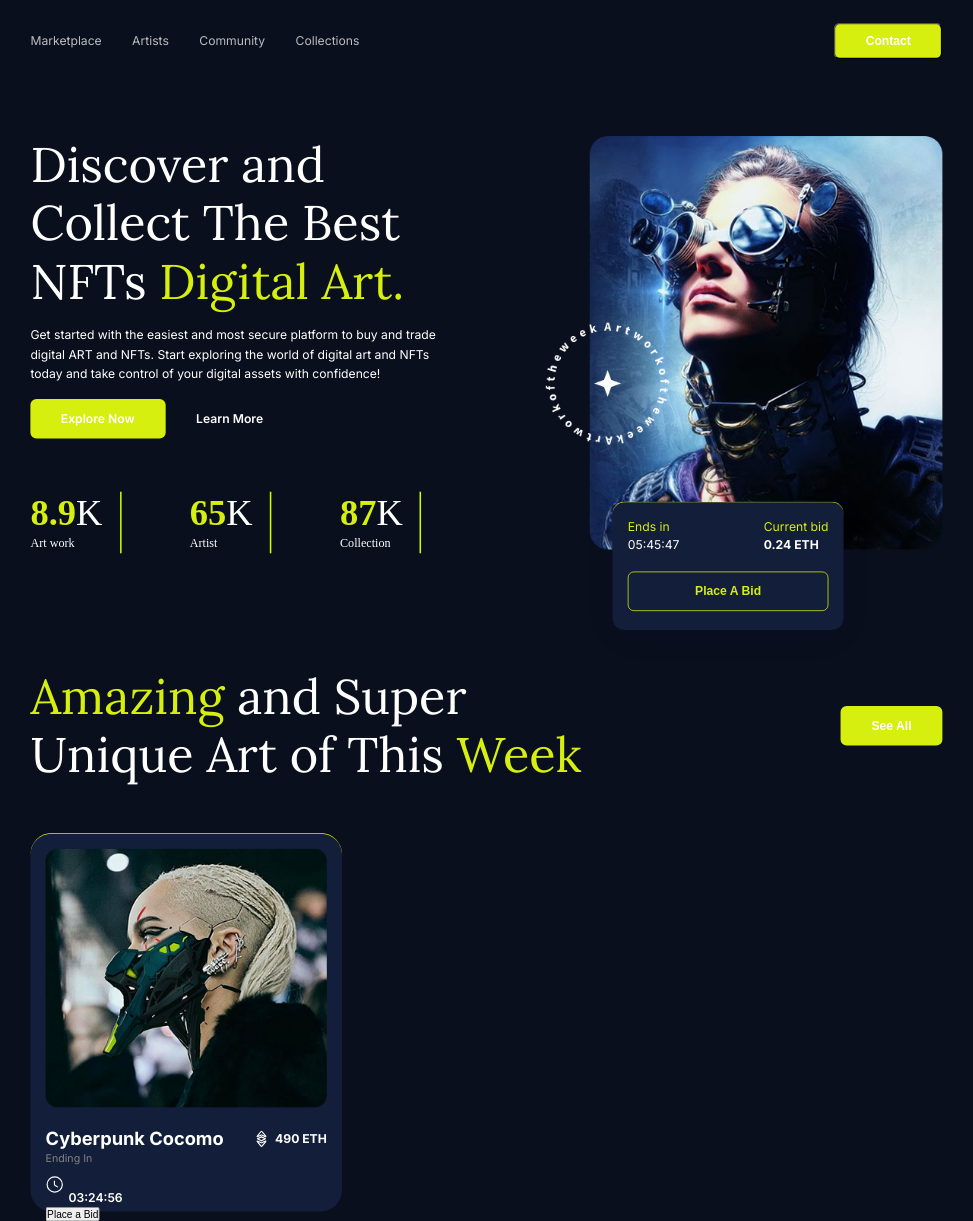
Repository: Kamron5505/NftMarketplace
Page: index.html
An editor plug-in stored every save of this project. The page is shown before and after the next save, followed by the edit.
The browser window is 1280 px wide. The pictures show the whole page, at 76% of full size.

Above is the page before, as saved 2025-07-09 14:03:35.

### index.html
<!DOCTYPE html>
<html lang="en">

<head>
    <meta charset="UTF-8">
    <meta name="viewport" content="width=device-width, initial-scale=1.0">
    <title>NFTMarketplace Landing</title>
    <link rel="stylesheet" href="./style.css">
    <link
        href="https://fonts.googleapis.com/css2?family=Inter:wght@400;600;700&family=Source+Sans+Pro:wght@400;600;700&family=Lora:wght@400;700&display=swap"
        rel="stylesheet">

</head>

<body>
    <header class="header">
        <div class="container">
            <nav class="nav">
                <ul class="nav-list">
                    <li class="nav-item"><a href="#" class="nav-link">Marketplace</a></li>
                    <li class="nav-item"><a href="#" class="nav-link">Artists</a></li>
                    <li class="nav-item"><a href="#" class="nav-link">Community</a></li>
                    <li class="nav-item"><a href="#" class="nav-link">Collections</a></li>
                </ul>
                <button class="header-contact-btn">Contact</button>
            </nav>
        </div>
    </header>
    <main class="main">
        <section class="nft-section">
            <div class="container">
                <div class="nft-wrapper">
                    <div class="content-left">
                        <h1 class="title">
                            Discover and <br>
                            Collect The Best <br>
                            NFTs <span class="highlight"> Digital Art.</span>
                        </h1>

                        <p class="description">
                            Get started with the easiest and most secure platform to buy and trade digital ART and NFTs.
                            Start exploring the world of digital art and NFTs today and take control of your digital
                            assets with confidence!
                        </p>

                        <div class="buttons">
                            <a href="#" class="btn btn-primary">Explore Now</a>
                            <a href="#" class="btn btn-secondary">Learn More</a>
                        </div>

                        <div class="stats">
                            <div class="stat">
                                <div class="number">8.9<span class="note">K</span></div>
                                <div class="label">Art work</div>
                            </div>
                            <div class="stat">
                                <div class="number">65<span class="note">K</span></div>
                                <div class="label">Artist</div>
                            </div>
                            <div class="stat">
                                <div class="number">87<span class="note">K</span></div>
                                <div class="label">Collection</div>
                            </div>
                        </div>
                    </div>
                    <div class="content-right">
                        <div class="header-image">
                            <img src="./images/main-header-img.png" alt="NFT Image" class="hero-image">
                            <img src="./images/circle.png" alt="" class="circle-image">
                        </div>
                        <div class="nft-card">
                            <div class="nft-card__info">
                                <div class="nft-card__timer">
                                    <span class="value ">Ends in</span>
                                    <span class="nft-note">05:45:47</span>
                                </div>
                                <div class="nft-card__bid">
                                    <span class="value ">Current bid</span>
                                    <span class="nft-card__note">0.24 ETH</span>
                                </div>
                                <button href="#" class="nft-card__btn nft-card__btn--bid">Place A Bid</button>
                            </div>
                        </div>
                    </div>
                </div>
            </div>
        </section>
        <section class="art-section">
            <div class="container">
                <div class="art-section__header">
                    <h2 class="art-section__title">
                        <span class="text-highlight">Amazing</span>
                        and Super <br>
                        Unique Art of This
                        <span class="text-highlight">Week</span>
                    </h2>
                    <button href="#" class="art-section__btn-view-all">See All</button>
                </div>
                <div class="art-section__cards">
                    <div class="art-card">
                        <img src="./images/Cyberpunk Cocomo 490ETH.png" alt="Cyberpunk Cocomo"
                            class="art-card__image" />
                        <div class="art-card-name">
                            <h3 class="art-card__title">Cyberpunk Cocomo</h3>

                            <div class="art-card-price-wrapper">
                                <svg width="24" height="25" viewBox="0 0 24 25" fill="none"
                                    xmlns="http://www.w3.org/2000/svg">
                                    <path
                                        d="M6.90001 9.6L11.7 7.5C11.9 7.4 12.1 7.4 12.4 7.5L17.2 9.6C17.6 9.8 18 9.3 17.7 8.9L12.7 2.8C12.4 2.4 11.8 2.4 11.5 2.8L6.50001 8.9C6.10001 9.3 6.50001 9.8 6.90001 9.6Z"
                                        stroke="white" stroke-width="1.5" stroke-miterlimit="10" stroke-linecap="round"
                                        stroke-linejoin="round" />
                                    <path
                                        d="M6.90001 15.4L11.7 17.5C11.9 17.6 12.1 17.6 12.4 17.5L17.2 15.4C17.6 15.2 18 15.7 17.7 16.1L12.7 22.2C12.4 22.6 11.8 22.6 11.5 22.2L6.50001 16.1C6.10001 15.7 6.50001 15.2 6.90001 15.4Z"
                                        stroke="white" stroke-width="1.5" stroke-miterlimit="10" stroke-linecap="round"
                                        stroke-linejoin="round" />
                                    <path d="M12 9.90002L6.79999 12.5L12 15.1L17.2 12.5L12 9.90002Z" stroke="white"
                                        stroke-width="1.5" stroke-miterlimit="10" stroke-linecap="round"
                                        stroke-linejoin="round" />
                                </svg>
                                <p class="art-card__price">490 ETH</p>
                            </div>
                        </div>

                        <div class="art-card__info">
                            <div class="art-card__time">
                                <p class="art-card__time__ending">Ending In</p>
                                <div class="art-card__time-value">
                                    <i class="icon-clock">
                                        <svg width="24" height="25" viewBox="0 0 24 25" fill="none"
                                            xmlns="http://www.w3.org/2000/svg">
                                            <path
                                                d="M22 12.5C22 18.02 17.52 22.5 12 22.5C6.48 22.5 2 18.02 2 12.5C2 6.98 6.48 2.5 12 2.5C17.52 2.5 22 6.98 22 12.5Z"
                                                stroke="white" stroke-width="1.5" stroke-linecap="round"
                                                stroke-linejoin="round" />
                                            <path
                                                d="M15.71 15.68L12.61 13.83C12.07 13.51 11.63 12.74 11.63 12.11V8.01001"
                                                stroke="white" stroke-width="1.5" stroke-linecap="round"
                                                stroke-linejoin="round" />
                                        </svg>
                                    </i>
                                    <span>03:24:56</span>
                                </div>
                            </div>
                        </div>

                        <button href="#" class="art-card__btn-bid">Place a Bid</button>
                    </div>
                </div>

            </div>
        </section>
    </main>
</body>

</html>

### style.css
* {
    margin: 0;
    padding: 0;
    text-decoration: none;
    list-style: none;
    box-sizing: border-box;
}


body {
    background: #090f1d;
    color: #fffffd;
}

:root {
    --font-family: "Inter", sans-serif;
    --second-family: "Source Sans Pro", sans-serif;
    --third-family: "Lora", serif;
}

h1,
h2,
h3,
h4,
h5,
h6 {
    font-family: "Lora", serif;
    font-weight: 500;
    font-size: 64px;
    line-height: 120%;
    color: #fffffd;
}

.highlight {
    color: #d6ef0e;
}

.header {
    margin-top: 30px;
    font-family: "Inter", sans-serif;
}

.container {
    width: 1200px;
    margin: 0 auto;
}

.nav {
    display: flex;
    align-items: center;
    justify-content: space-between;
}

.nav-list {
    display: flex;
    gap: 40px;
}

.nav-link {
    font-weight: 400;
    font-size: 16px;
    line-height: 160%;
    color: rgba(255, 255, 253, 0.72);
}

.nav-link:hover {
    border-bottom: 1px solid #d6ef0e;
    width: 94px;
    height: 26px;
    transition: all 0.3s ease;
}

.header-contact-btn {
    background: #d6ef0e;
    border-radius: 8px;
    padding: 12px 40px;
    width: 143px;
    height: 48px;
    font-weight: 700;
    font-size: 16px;
    line-height: 120%;
    color: #fff;
}

.nft-section {
    margin-top: 100px;
}

.nft-wrapper {
    display: flex;
    align-items: center;
    justify-content: space-between;
}

.description {
    font-family: "Inter", sans-serif;
    font-weight: 400;
    font-size: 16px;
    width: 544px;
    line-height: 160%;
    color: #fffffd;
    margin-top: 20px;
}

.buttons {
    display: flex;
    gap: 40px;
    align-items: center;
    margin-top: 20px;
}

.btn {
    font-family: "Inter", sans-serif;
    font-weight: 600;
    font-size: 16px;
    color: #fff;
}

.btn-primary {
    display: flex;
    align-items: center;
    line-height: 120%;
    border-radius: 8px;
    padding: 12px 40px;
    width: 178px;
    height: 52px;
    background: #d6ef0e;
}

.stats {
    display: flex;
    gap: 90px;
    margin-top: 70px;
    color: white;
}

.stat {
    display: flex;
    flex-direction: column;
    position: relative;
    padding-right: 25px;
}

.stat::after {
    content: "";
    position: absolute;
    top: 0;
    bottom: 0;
    right: 0;
    width: 2px;
    background-color: #ccff00;
}

.stat:last-child {
    padding-right: 24px;
}

.number {
    font-family: ;
    font-size: 48px;
    font-weight: bold;
    color: #d6ef0e;
}

.note {
    font-weight: normal;
    color: white;
}

@keyframes spin {
    from {
        transform: rotate(0deg);
    }

    to {
        transform: rotate(360deg);
    }
}

.circle-image {
    position: absolute;
    right: 355px;
    top: 240px;
    animation: spin 20s linear infinite;
}

.label {
    font-weight: 400;
    font-size: 16px;
    line-height: 160%;
    color: white;
}

.header-image {
    position: relative;
}

.circle-image {
    position: absolute;
    right: 355px;
    top: 240px;
}

.nft-card {
    position: absolute;
    top: 660px;
    right: 170px;
    border-top: 1px solid #d6ef0e;
    border-radius: 16px;
    padding: 20px;
    width: 304px;
    height: 169px;
    box-shadow: 0 9px 50px 0 rgba(23, 36, 65, 0.04);
    background: #131e3a;
}

.nft-card__info {
    display: flex;
    flex-wrap: wrap;
    justify-content: space-between;
    font-family: "Inter", sans-serif;

}

.nft-card__timer,
.nft-card__bid {
    display: flex;
    flex-direction: column;
}

.value {
    font-weight: 400;
    font-size: 16px;
    line-height: 160%;
    color: #d6ef0e;
}

.nft-card__note {
    font-weight: 700;
    font-size: 16px;
    line-height: 120%;
    color: #fffffd;
}

.nft-card__btn {
    border: 1px solid #d6ef0e;
    border-radius: 8px;
    padding: 12px 40px;
    width: 264px;
    background: transparent;
    height: 52px;
    margin-top: 25px;
    font-weight: 700;
    font-size: 16px;
    line-height: 120%;
    color: #d6ef0e;
}

.art-section {
    margin-top: 150px;
    font-family: "Inter", sans-serif;

}

.art-section__header {
    display: flex;
    justify-content: space-between;
    align-items: center;
}


.text-highlight {
    color: #d6ef0e;

}

.art-section__btn-view-all {
    font-weight: 700;
    font-size: 16px;
    line-height: 120%;
    color: #fff;
    border-radius: 8px;
    padding: 12px 40px;
    width: 134px;
    height: 52px;
    background: #d6ef0e;
    border: none;
}

.art-section__cards {
    margin-top: 65px;
}

.art-card-price-wrapper {
    display: flex;
    align-items: center;
    gap: 6px;
}

.art-card {
    border-top: 1px solid #d6ef0e;
    border-radius: 28px;
    padding: 20px;
    width: 410px;
    height: 498px;
    background: #131e3a;
}

.art-card__time__ending {
    font-weight: 400;
    font-size: 14px;
    line-height: 160%;
    color: #838382;
}

.art-card__time-value {
    display: flex;
    align-items: center;
    gap: 6px;
    /* или 0, если без отступа */
}

.art-card__time-value span {
    font-family: "Inter", sans-serif;
    font-size: 16px;
    padding-top: 30px;
    font-weight: 600;
    color: #fffffd;
}

.art-card__image {}

.art-card-name {
    display: flex;
    align-items: center;
    justify-content: space-between;
    padding-top: 23px;

}

.art-card__title {
    font-family: "Inter", sans-serif;
    font-weight: 700;
    font-size: 24px;
    line-height: 120%;
    color: #fffffd;
}

.art-card__info {}

.art-card__time {}

.icon-clock {}

.art-card__price {
    font-family: "Inter", sans-serif;
    font-weight: 700;
    font-size: 16px;
    line-height: 120%;
    color: #fffffd;
}

.endin .art-card__btn-bid {}

After the next save:
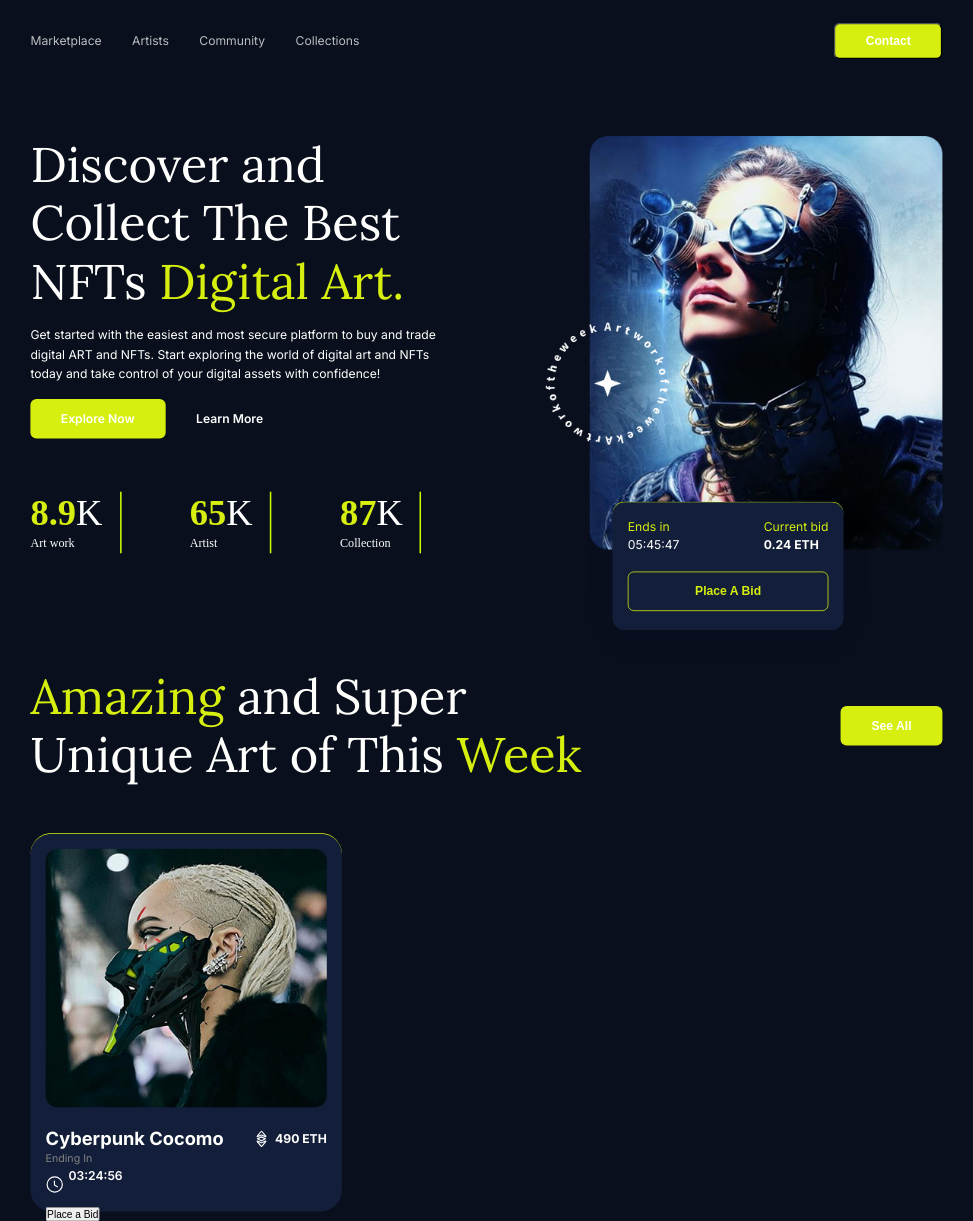
Saved 8 s later.
--- a/style.css
+++ b/style.css
@@ -323,7 +323,7 @@
 .art-card__time-value span {
     font-family: "Inter", sans-serif;
     font-size: 16px;
-    padding-top: 30px;
+    padding-bottom: 30px;
     font-weight: 600;
     color: #fffffd;
 }
